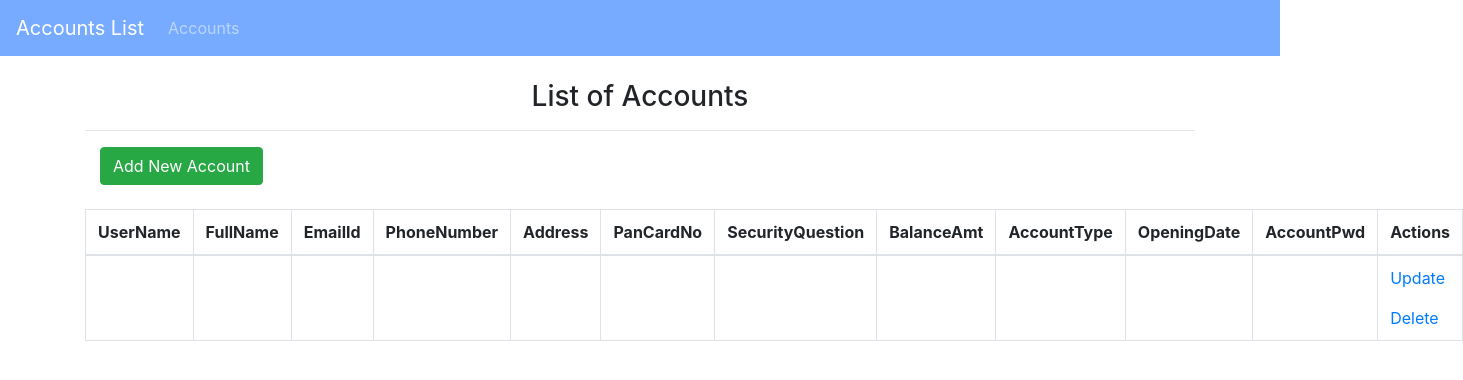
Repository: rukmini10/DXC
Page: http://localhost/Account/user-list.jsp
The author's editor kept a copy of each file at every save. The page is drawn from the files as they stood at one save, then again after the next save.
The browser window is 1280 px wide. The page is 1463 px wide, then 1450 px, then 1463 px, so the pictures cover 1463 px, including what lies to the right of the window. The pictures show the whole page.
The page is served by Tomcat 9. Nobody is signed in. The application's start-up code is not run. Other server files are loaded and not shown. The template is opened directly, without the code that normally fills it, so the values that code supplies are empty.

Above is the page before, as saved 2022-05-05 06:36:27.

### DXC_MAVEN/Account/src/main/webapp/user-list.jsp
<%@ page language="java" contentType="text/html; charset=UTF-8"
	pageEncoding="UTF-8"%>

<html>

<head>
<title>Account Management</title>
<link rel="stylesheet"
	href="https://stackpath.bootstrapcdn.com/bootstrap/4.3.1/css/bootstrap.min.css"
	integrity="sha384-ggOyR0iXCbMQv3Xipma34MD+dH/1fQ784/j6cY/iJTQUOhcWr7x9JvoRxT2MZw1T"
	crossorigin="anonymous">
</head>

<body>

	<header>
		<nav class="navbar navbar-expand-md navbar-dark"
			style="background-color: #77abff">
			<div>
				<a href="https://www.javaguides.net" class="navbar-brand">
					Accounts List</a>
			</div>

			<ul class="navbar-nav">
				<li><a href="<%=request.getContextPath()%>/list"
					class="nav-link">Accounts</a></li>
			</ul>
		</nav>
	</header>
	<br>

	<div class="row">
		<!-- <div class="alert alert-success" *ngIf='message'>{{message}}</div> -->

		<div class="container">
			<h3 class="text-center">List of Accounts</h3>
			<hr>
			<div class="container text-left">

				<a href="<%=request.getContextPath()%>/new" class="btn btn-success">Add
					New Account</a>
			</div>
			<br>
			<table class="table table-bordered">
				<thead>
					<tr>
						<th>UserName</th>
						<th>FullName</th>
						<th>EmailId</th>
						<th>PhoneNumber</th>
						<th>Address</th>
						<th>PanCardNo</th>
						<th>SecurityQuestion</th>
						<th>BalanceAmt</th>
						<th>AccountType</th>
						<th>OpeningDate</th>
						<th>AccountPwd</th>
						<th>Actions</th>
					</tr>
				</thead>
				<tbody>
					<!--   for (Todo todo: todos) {  -->
					<c:forEach var="accountholder" items="${listAccount}">

						<tr>
							<td><c:out value="${accountholder.UserName}" /></td>
							<td><c:out value="${accountholder.Full_Name}" /></td>
							<td><c:out value="${accountholder.Email}" /></td>
							<td><c:out value="${accountholder.Phone_Number}" /></td>
							<td><c:out value="${accountholder.Address}" /></td>
							<td><c:out value="${accountholder.Pancard_Number}" /></td>
							<td><c:out value="${accountholder.Security_Question}" /></td>
							<td><c:out value="${accountholder.Balance}" /></td>
							<td><c:out value="${accountholder.Account_Type}" /></td>
							<td><c:out value="${accountholder.Opening_Date}" /></td>
							<td><c:out value="${accountholder.Account_Password}" /></td>
							<td><a
								href="edit?UserName=<c:out value='${accountholder.UserName}' />">Update</a>
								&nbsp;&nbsp;&nbsp;&nbsp; <a
								href="delete?UserName=<c:out value='${accountholder.UserName}' />">Delete</a></td>
						</tr>
					</c:forEach>
					<!-- } -->
				</tbody>

			</table>
		</div>
	</div>
</body>

</html>

After the next save:
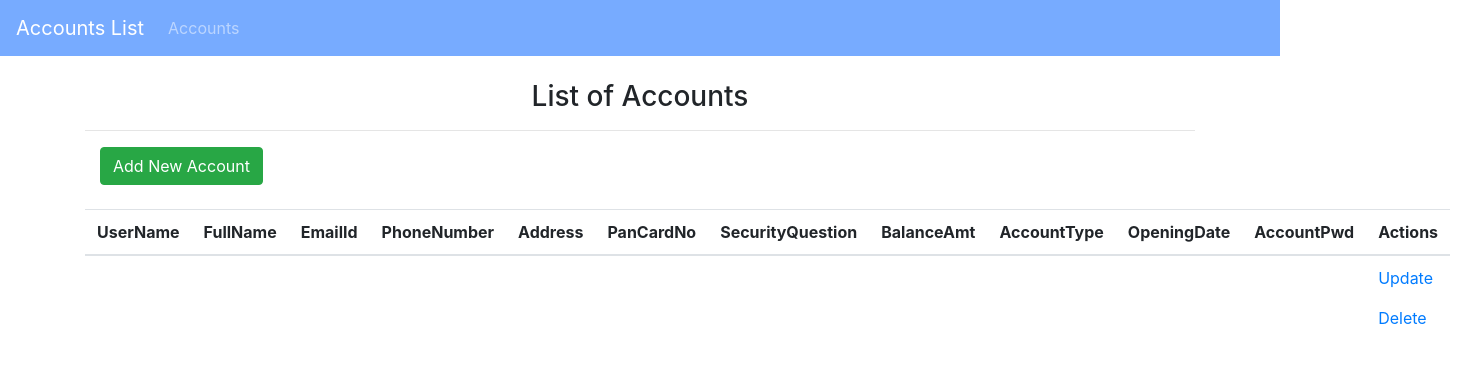
Saved 44 s later.
--- a/DXC_MAVEN/Account/src/main/webapp/user-list.jsp
+++ b/DXC_MAVEN/Account/src/main/webapp/user-list.jsp
@@ -41,7 +41,7 @@
 					New Account</a>
 			</div>
 			<br>
-			<table class="table table-bordered">
+			<table class="table table-bordered;text-center">
 				<thead>
 					<tr>
 						<th>UserName</th>

After the save that followed:
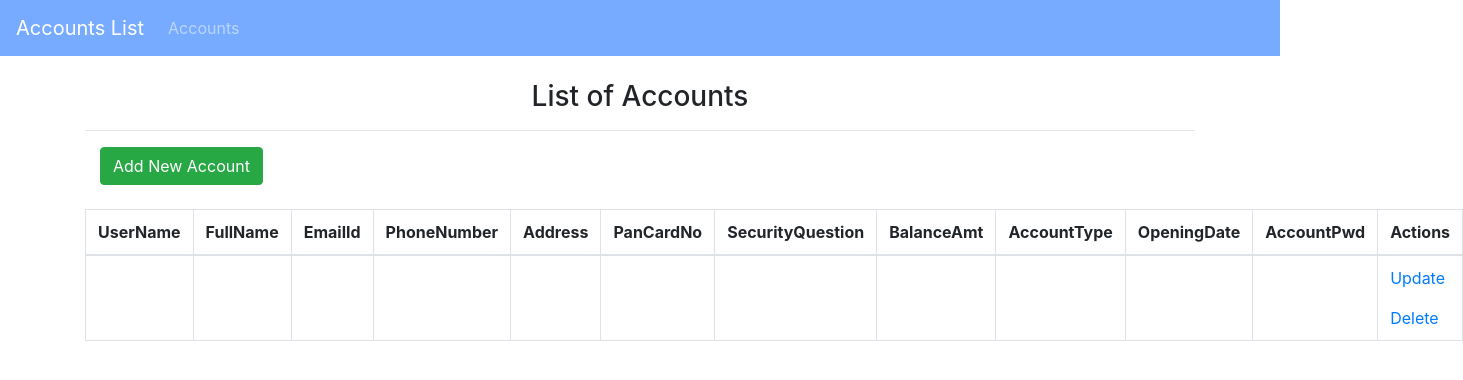
Saved 11 s later.
--- a/DXC_MAVEN/Account/src/main/webapp/user-list.jsp
+++ b/DXC_MAVEN/Account/src/main/webapp/user-list.jsp
@@ -41,7 +41,7 @@
 					New Account</a>
 			</div>
 			<br>
-			<table class="table table-bordered;text-center">
+			<table class="table table-bordered">
 				<thead>
 					<tr>
 						<th>UserName</th>
